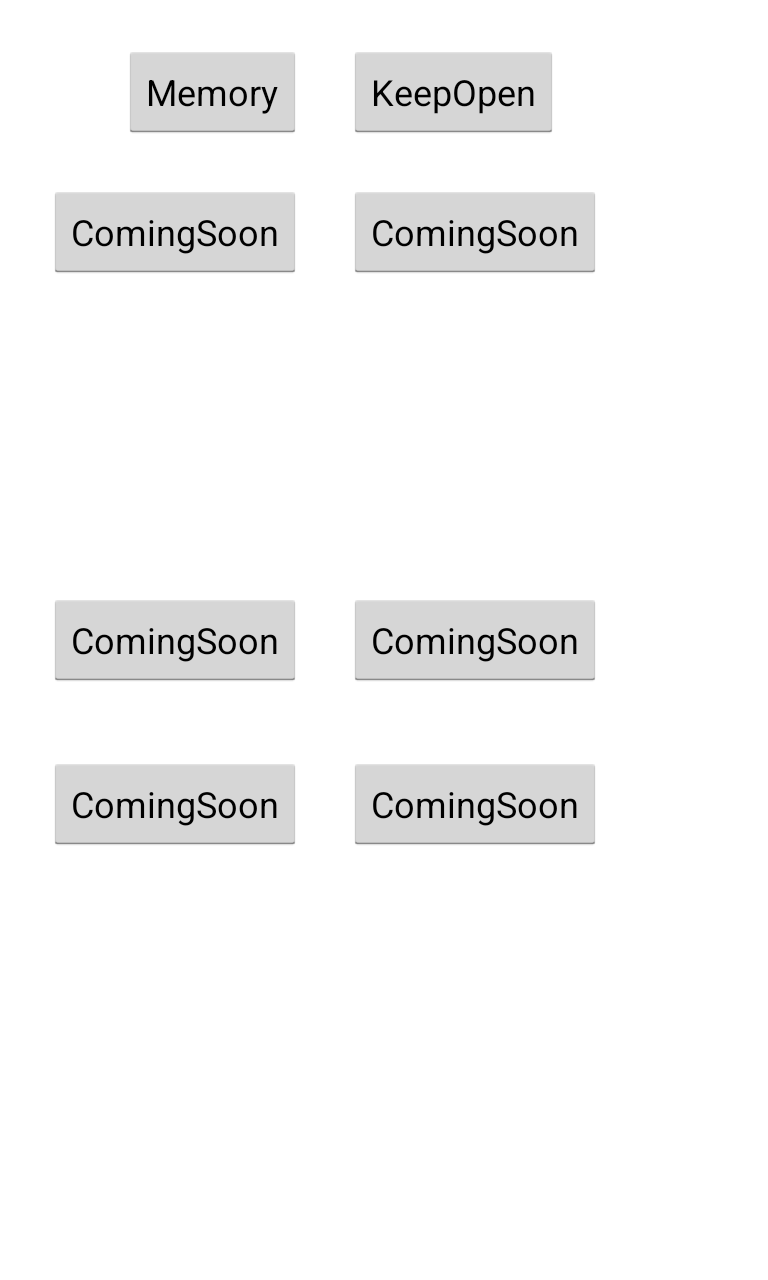
Repository: mpdehnel/seg
Layout: VectorOne/res/layout/activity_playground.xml
The author's editor kept a copy of each file at every save. The layout is drawn from the files as they stood at one save, then again after the next save.
It is drawn on a 768 x 1280 px phone screen (xhdpi) without system bars, with theme AppTheme; the app's code is not run.

Above is the layout before, as saved 2013-02-15 01:02:58.

After the next save:
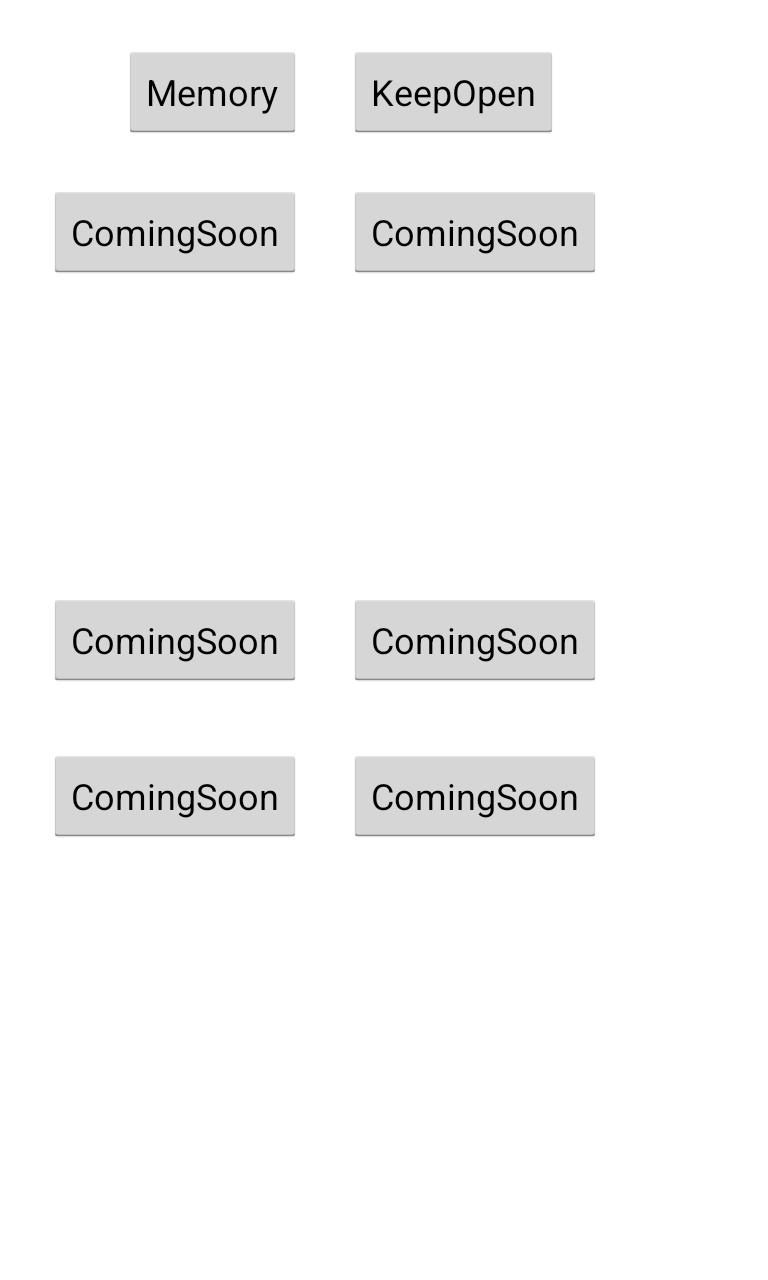
Saved 24 s later.
--- a/VectorOne/res/layout/activity_playground.xml
+++ b/VectorOne/res/layout/activity_playground.xml
@@ -71,7 +71,7 @@
         android:layout_width="wrap_content"
         android:layout_height="wrap_content"
         android:layout_below="@+id/ComingSoon2"
-        android:layout_marginTop="34dp"
+        android:layout_marginTop="30dp"
         android:layout_toLeftOf="@+id/KeepOpen_button"
         android:text="ComingSoon" />
 
